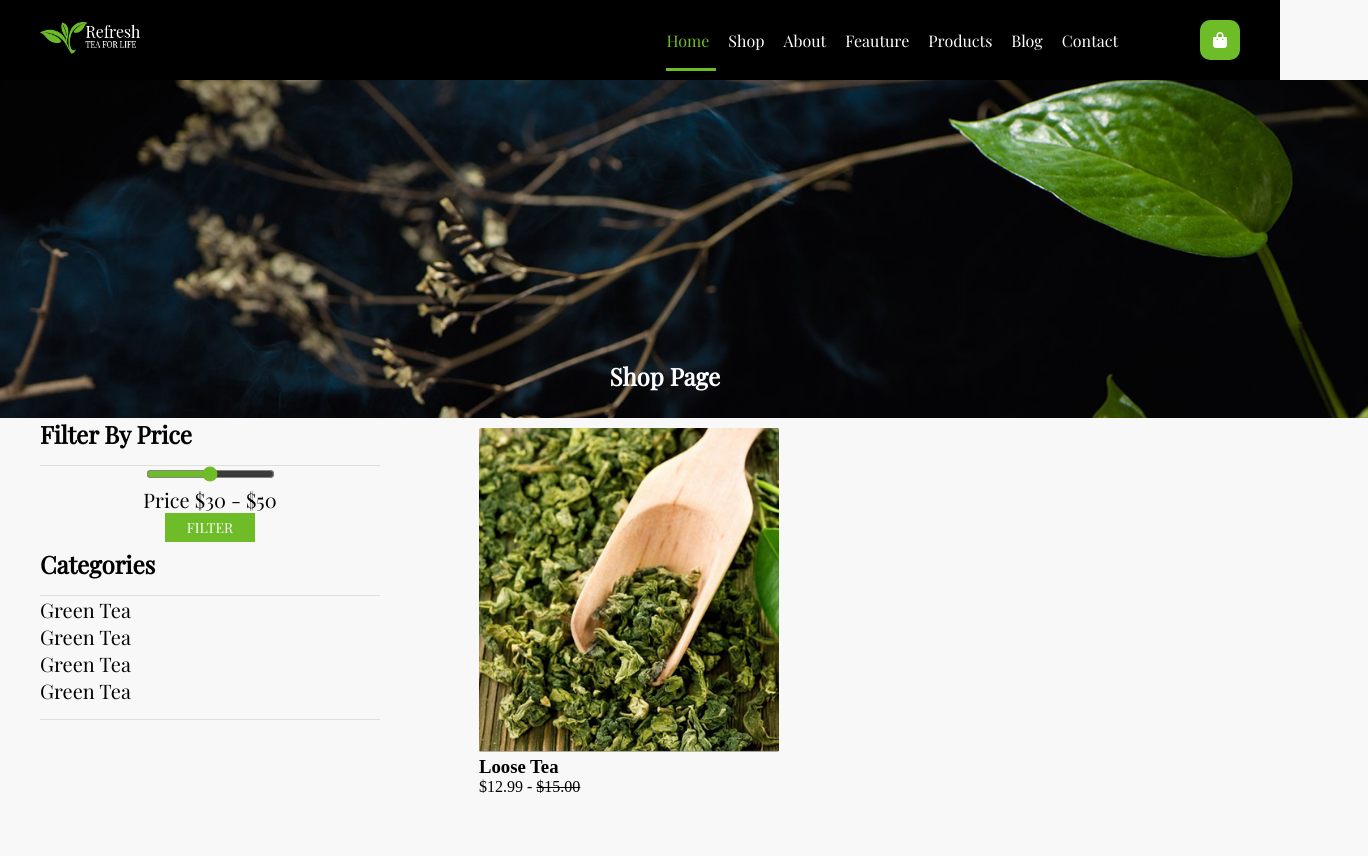
Repository: 52hzwhaleblue/school_teashop
Page: shop.html
An editor plug-in stored every save of this project. The page is shown before and after the next save, followed by the edit.
The browser window is 1280 px wide. The page is 1368 px wide, so the pictures cover 1368 px, including what lies to the right of the window. The pictures show the whole page.
Some web libraries are served in a nearby version.

Above is the page before, as saved 2022-04-27 22:50:10.

After the next save:
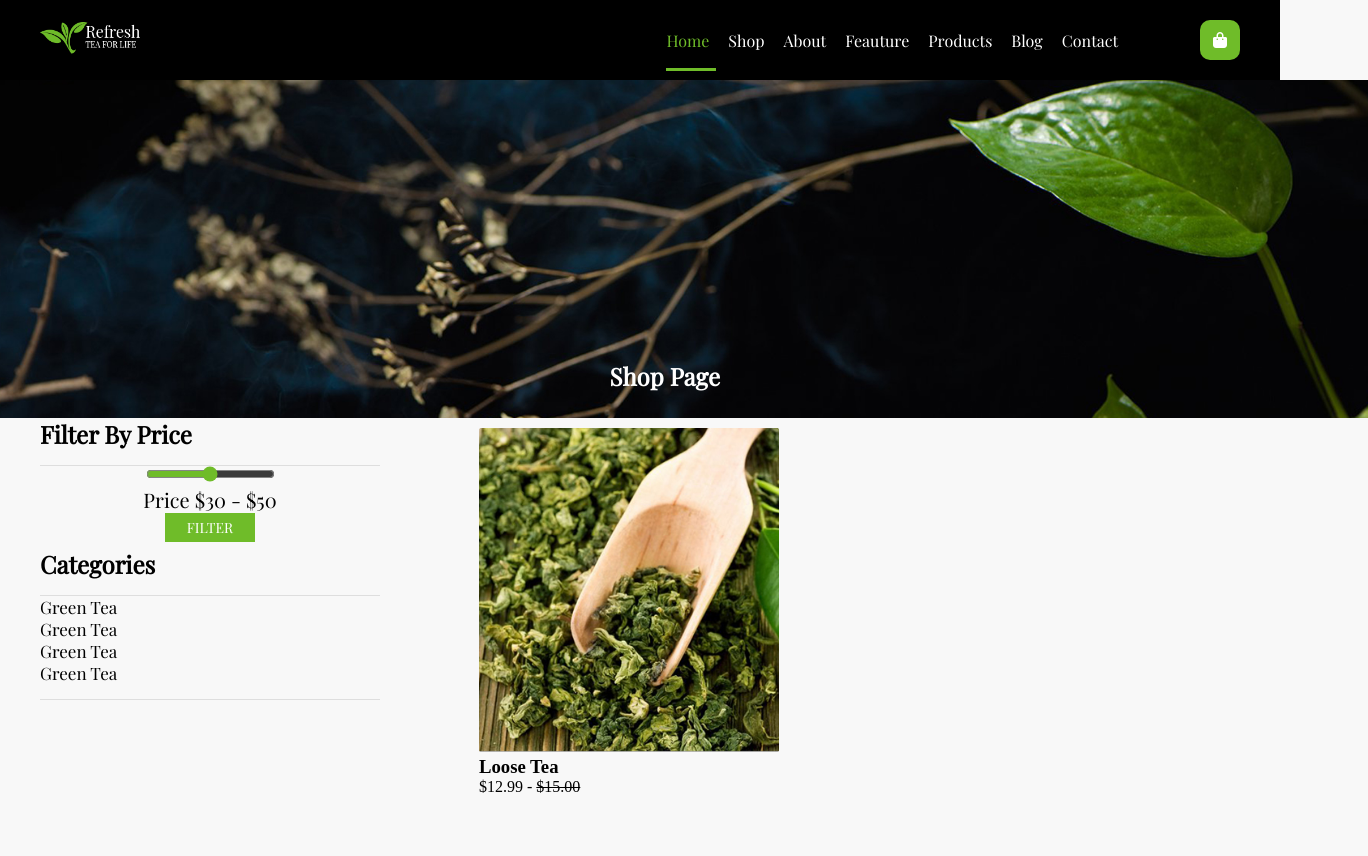
Saved 17 s later.
--- a/style.css
+++ b/style.css
@@ -700,7 +700,7 @@ body {
 }
 .category{
     font-family: "Playfair Display", serif;
-    font-size: 20px;
+    font-size: 17px;
     text-transform: capitalize;
     border-bottom: 1px #dedede solid;
     padding-bottom: 15px;
